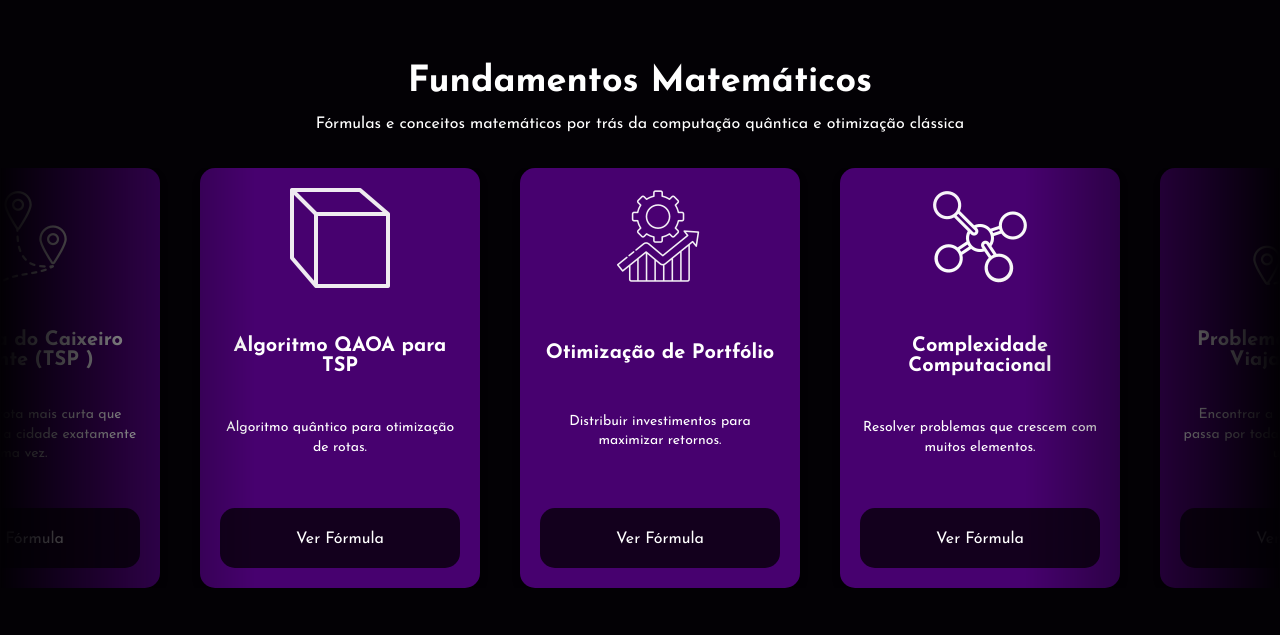
Repository: Everson9/Projeto-de-escalabilidade-quantica-definitivo
Page: fundamentos.html
An editor plug-in stored every save of this project. The page is shown before and after the next save, followed by the edit.
The browser window is 1280 px wide. The pictures show the whole page.

Above is the page before, as saved 2025-10-01 11:54:03.

### fundamentos.html
<!DOCTYPE html>
<html lang="pt-br">
<head>
    <meta charset="UTF-8">
    <meta name="viewport" content="width=device-width, initial-scale=1.0">
    <title>Fundamentos Matemáticos</title>
    <link rel="stylesheet" href="fundamentos.css">
    <link href="https://fonts.googleapis.com/css2?family=Josefin+Sans:wght@400;700&display=swap" rel="stylesheet">
</head>
<body>

    <div class="fundamentos-matematicos">
        <h1>Fundamentos Matemáticos</h1>
        <p>Fórmulas e conceitos matemáticos por trás da computação quântica e otimização clássica</p>
    </div>

    <!-- Container do Carrossel -->
    <div class="carousel-container">
        <div class="carousel-track">
            <!-- Cards Originais -->
            <div class="formula_1">
                <img src="imgs_icones/CaixeiroViajante.png" alt="Ícone do Problema do Caixeiro Viajante">
                <h4>Problema do Caixeiro Viajante (TSP )</h4>
                <p>Encontrar a rota mais curta que passa por toda a cidade exatamente uma vez.</p>
                <button class="button"><a href="caixeiro.html">Ver Fórmula</a></button>
            </div>
            <div class="formula_1">
                <img src="imgs_icones/QAOA.png" alt="Ícone do Algoritmo QAOA">
                <h4>Algoritmo QAOA para TSP</h4>
                <p>Algoritmo quântico para otimização de rotas.</p>
                <button class="button"><a href="AlgoritmoQAOA.html">Ver Fórmula</a></button>
            </div>
            <div class="formula_1">
                <img src="imgs_icones/OtimizacaoPortfolio.png" alt="Ícone de Otimização de Portfólio">
                <h4>Otimização de Portfólio</h4>
                <p>Distribuir investimentos para maximizar retornos.</p>
                <button class="button"><a href="Portifolio.html">Ver Fórmula</a></button>
            </div>
            <div class="formula_1">
                <img src="imgs_icones/ComplexidadeComputacional.png" alt="Ícone de Complexidade Computacional">
                <h4>Complexidade Computacional</h4>
                <p>Resolver problemas que crescem com muitos elementos.</p>
                <button class="button"><a href="Complexidade.html">Ver Fórmula</a></button>
            </div>

            <!-- Cards Duplicados para o Efeito Infinito -->
            <div class="formula_1">
                <img src="imgs_icones/CaixeiroViajante.png" alt="Ícone do Problema do Caixeiro Viajante">
                <h4>Problema do Caixeiro Viajante (TSP)</h4>
                <p>Encontrar a rota mais curta que passa por toda a cidade exatamente uma vez.</p>
                <button class="button"><a href="caixeiroviajante.html">Ver Fórmula</a></button>
            </div>
            <div class="formula_1">
                <img src="imgs_icones/QAOA.png" alt="Ícone do Algoritmo QAOA">
                <h4>Algoritmo QAOA para TSP</h4>
                <p>Algoritmo quântico para otimização de rotas.</p>
                <button class="button"><a href="AlgoritmoQAOA.html">Ver Fórmula</a></button>
            </div>
            <div class="formula_1">
                <img src="imgs_icones/OtimizacaoPortfolio.png" alt="Ícone de Otimização de Portfólio">
                <h4>Otimização de Portfólio</h4>
                <p>Distribuir investimentos para maximizar retornos.</p>
                <button class="button"><a href="Portifolio.html">Ver Fórmula</a></button>
            </div>
            <div class="formula_1">
                <img src="imgs_icones/ComplexidadeComputacional.png" alt="Ícone de Complexidade Computacional">
                <h4>Complexidade Computacional</h4>
                <p>Resolver problemas que crescem com muitos elementos.</p>
                <button class="button"><a href="Complexidade.html">Ver Fórmula</a></button>
            </div>
        </div>
    </div>

</body>
</html>

### fundamentos.css
body {
    background-color: #030105;
    font-family: 'Josefin Sans', sans-serif;
    color: #fff;
    margin: 0;
    padding: 0;
    display: flex;
    flex-direction: column;
    align-items: center;
    justify-content: flex-start;
    overflow-x: hidden; /* Esconde a barra de rolagem horizontal */
}

.fundamentos-matematicos {
    text-align: center;
    color: white;
    margin-top: 40px;
    margin-bottom: 20px;
}

h1 {
    font-size: 36px;
    margin-bottom: 10px;
}

/* Estilos dos Cards */
.formula_1 {
    width: 240px;
    height: 380px;
    background-color: #7703BA96;
    border-radius: 15px;
    padding: 20px;
    display: flex;
    flex-direction: column;
    justify-content: space-between;
    box-shadow: 0 4px 8px rgba(0, 0, 0, 0.2);
    margin: 0 20px; /* Espaçamento entre os cards */
    flex-shrink: 0; /* Impede que os cards encolham */
}

.formula_1 h4 {
    font-size: 20px;
    margin-bottom: 10px;
    text-align: center;
}

.formula_1 img {
    width: 100px;
    height: 100px;
    margin: 0 auto;
}

.formula_1 p {
    text-align: center;
    font-size: 14px;
    line-height: 1.4;
    margin-top: 10px;
}

.button {
    background-color: #030105C2;
    border: none;
    padding: 10px;
    color: white;
    font-size: 16px;
    text-align: center;
    height: 60px;
    border-radius: 15px;
    cursor: pointer;
    text-decoration: none;
    margin-top: 15px;
    transition: background-color 0.3s;
    text-decoration: none;
}

.button:hover {
    background-color: #ffffffc2;
    color: #030105;
    text-decoration: none;

}

.button a {
    text-decoration: none;
    color: inherit; /* Para garantir que a cor do link herde a cor do botão */
     font-family: 'Josefin Sans', sans-serif;
}

/* --- Novas Classes para o Carrossel --- */

.carousel-container {
    width: 100%;
    display: flex;
    justify-content: flex-start; /* Alinha a trilha no início */
    overflow: hidden; /* Essencial para esconder o que está fora da tela */
    -webkit-mask-image: linear-gradient(to right, transparent, black 20%, black 80%, transparent);
    mask-image: linear-gradient(to right, transparent, black 20%, black 80%, transparent);
}

.carousel-track {
    display: flex; /* Coloca os cards em linha */
    animation: scroll 40s linear infinite; /* Aplica a animação */
}

.carousel-container:hover .carousel-track {
    animation-play-state: paused; /* Pausa a animação ao passar o mouse */
}

/* Animação de Rolagem */
@keyframes scroll {
    0% {
        transform: translateX(0);
    }
    100% {
        /* Move a trilha para a esquerda pelo tamanho exato da primeira metade dos cards */
        /* (240px de largura + 40px de margem) * 4 cards = 1120px */
        transform: translateX(calc(-280px * 4));
    }
}

After the next save:
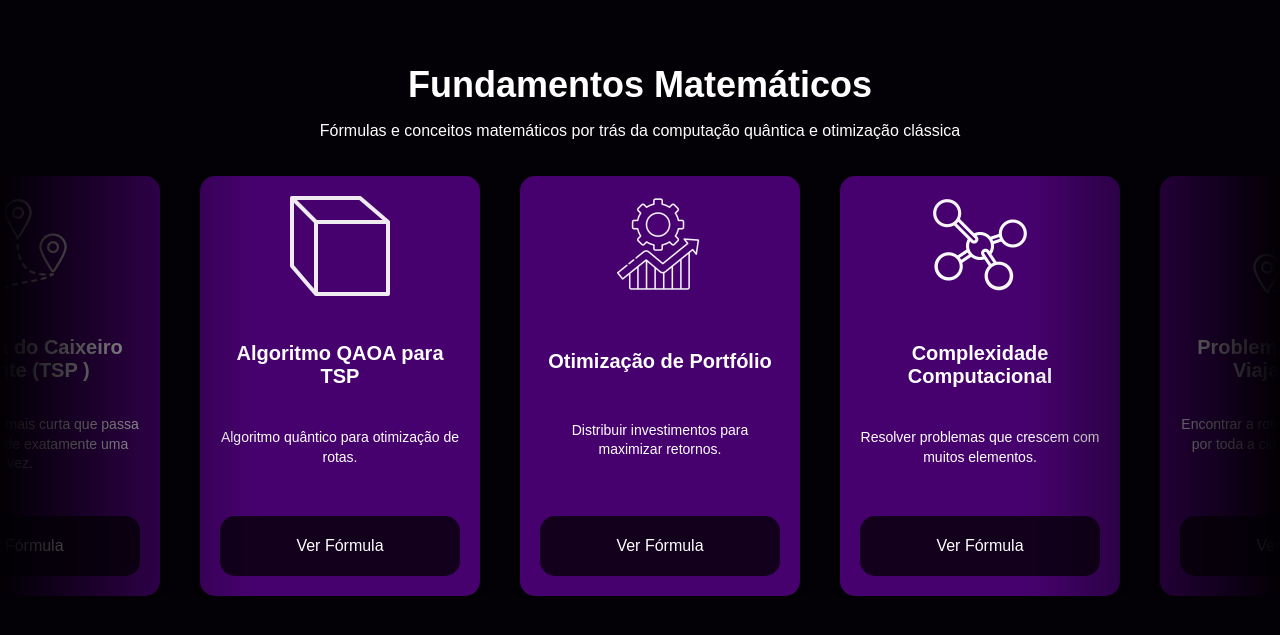
Saved 65 min 11 s later.
--- a/fundamentos.html
+++ b/fundamentos.html
@@ -5,7 +5,7 @@
     <meta name="viewport" content="width=device-width, initial-scale=1.0">
     <title>Fundamentos Matemáticos</title>
     <link rel="stylesheet" href="fundamentos.css">
-    <link href="https://fonts.googleapis.com/css2?family=Josefin+Sans:wght@400;700&display=swap" rel="stylesheet">
+   <link href="https://fonts.googleapis.com/css2?family=Inter:wght@400;700&display=swap" rel="stylesheet">
 </head>
 <body>
 

After the save that followed:
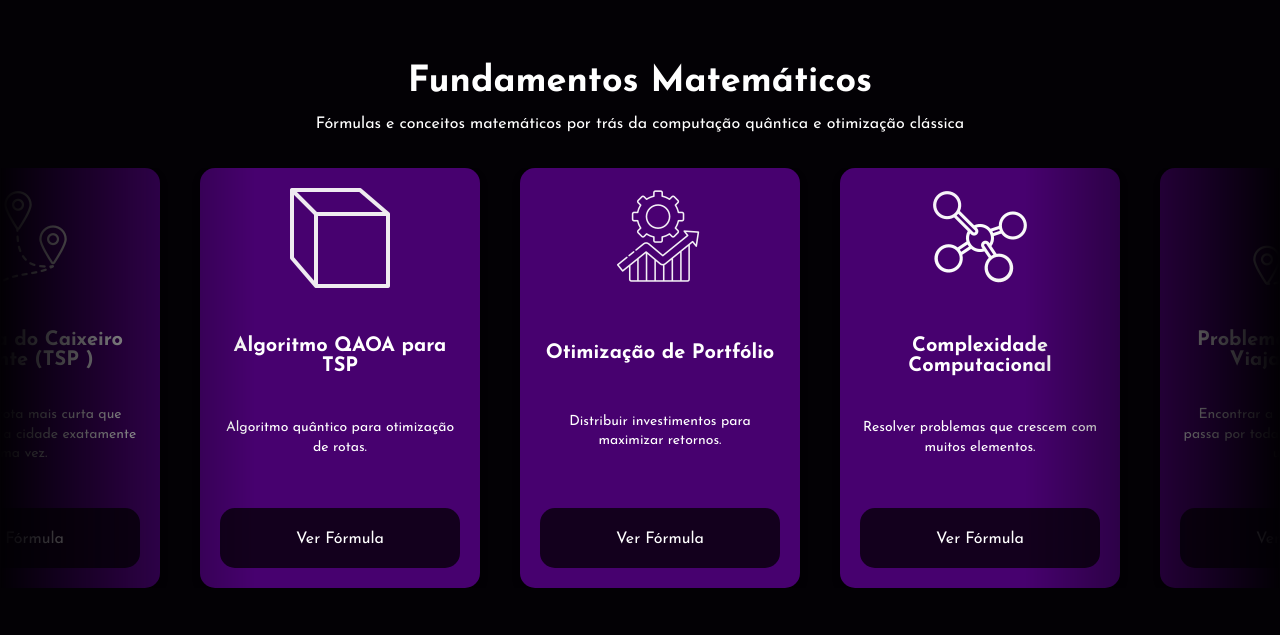
Saved 19 s later.
--- a/fundamentos.html
+++ b/fundamentos.html
@@ -5,7 +5,7 @@
     <meta name="viewport" content="width=device-width, initial-scale=1.0">
     <title>Fundamentos Matemáticos</title>
     <link rel="stylesheet" href="fundamentos.css">
-   <link href="https://fonts.googleapis.com/css2?family=Inter:wght@400;700&display=swap" rel="stylesheet">
+    <link href="https://fonts.googleapis.com/css2?family=Josefin+Sans:wght@400;700&display=swap" rel="stylesheet">
 </head>
 <body>
 
